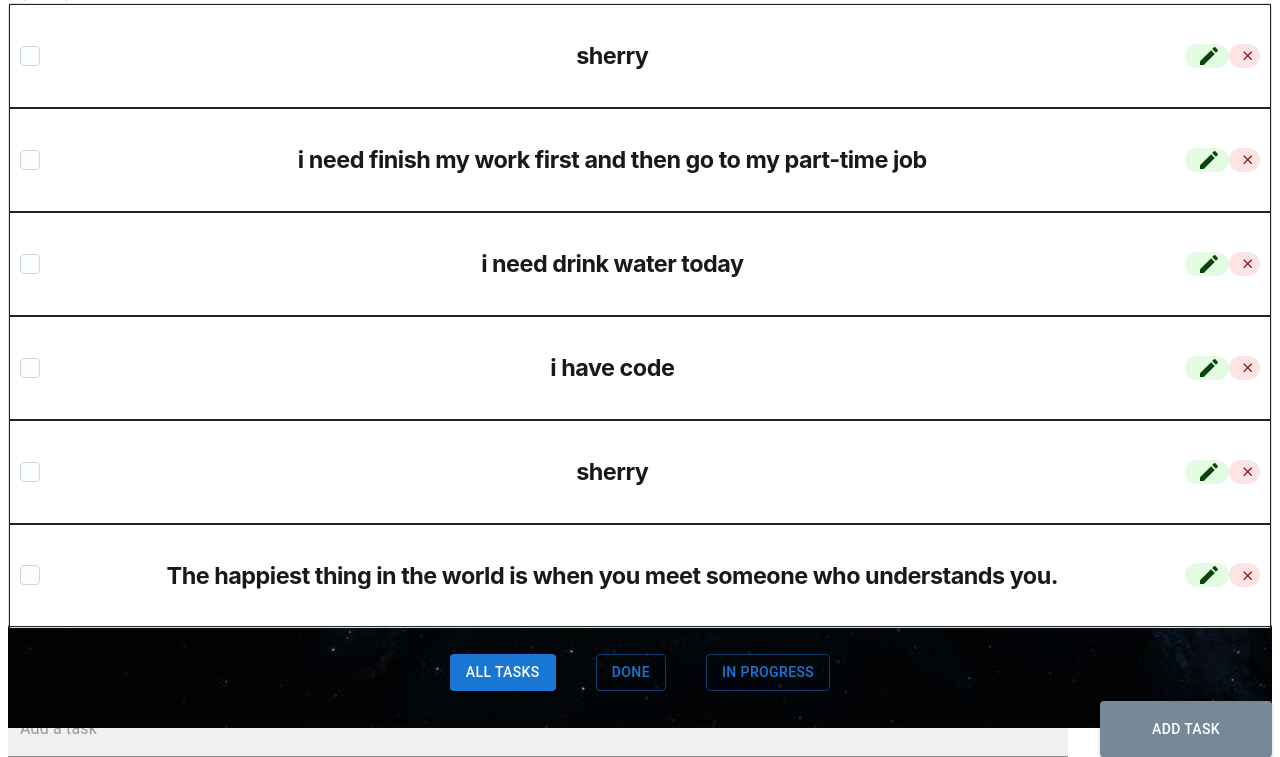
Repository: Tracy-maker/TodoList
Page: /
These files come from the project's save history. The page is drawn as it stood at one moment and after the next save; the edit follows.
The browser window is 1280 px wide. The pictures show the whole page.
The project was rebuilt for these pictures with package versions that can differ from the ones it lists, and the page was loaded fresh each time. Requests to the local data server were answered from the project's data file. Also part of the build but not shown: src/components/TaskEdit.js.

Above is the page before, as saved 2023-09-19 22:48:32.

After the next save:
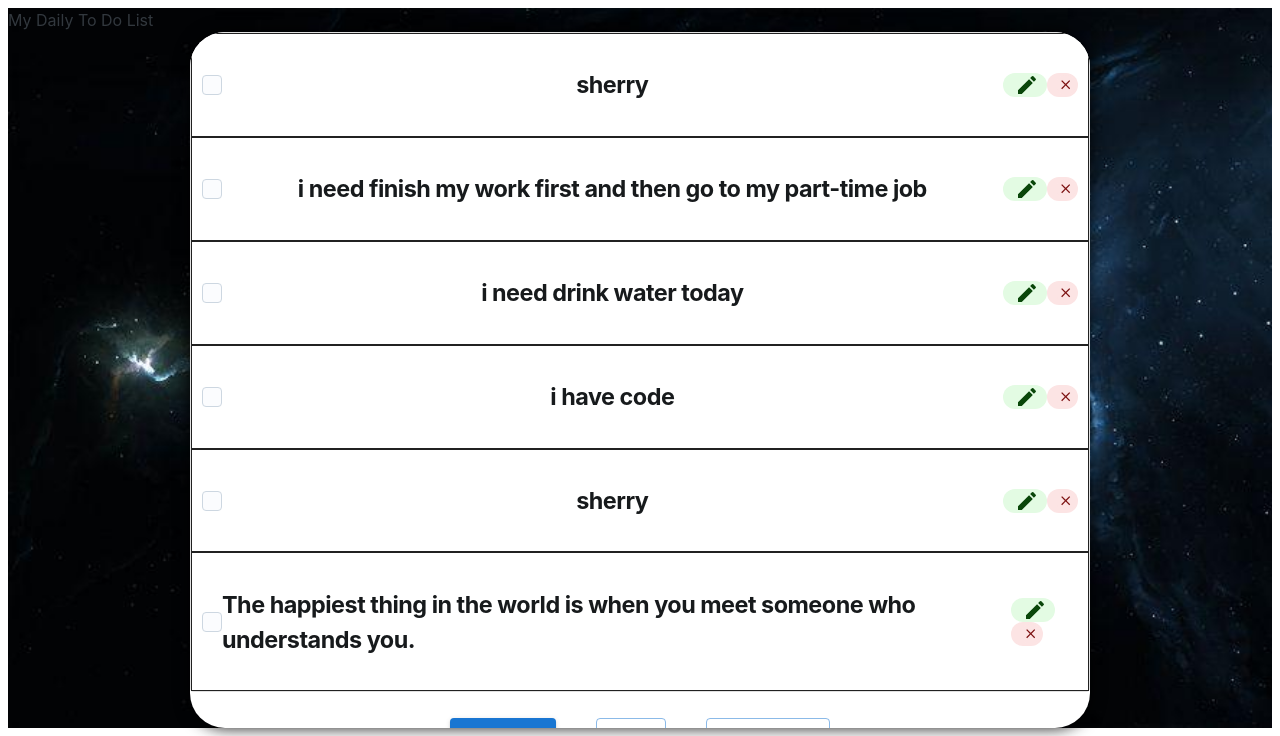
Saved 2 min 2 s later.
--- a/src/App.js
+++ b/src/App.js
@@ -20,10 +20,13 @@ const StyledContainer = styled(Stack)`
 `;
 
 const TaskForm = styled(Box)`
-  display: flex;
-  flex-direction: column;
-
-  align-items: stretch;
+  margin-left: auto;
+  margin-right: auto;
+  width: 900px;
+  background-color: white;
+  border-radius: 35px;
+  box-shadow: 0 0 16px rgb(0 0 0 / 90%);
+  overflow: hidden;
 `;
 function App() {
   const [tasks, setTasks] = useState([]);
